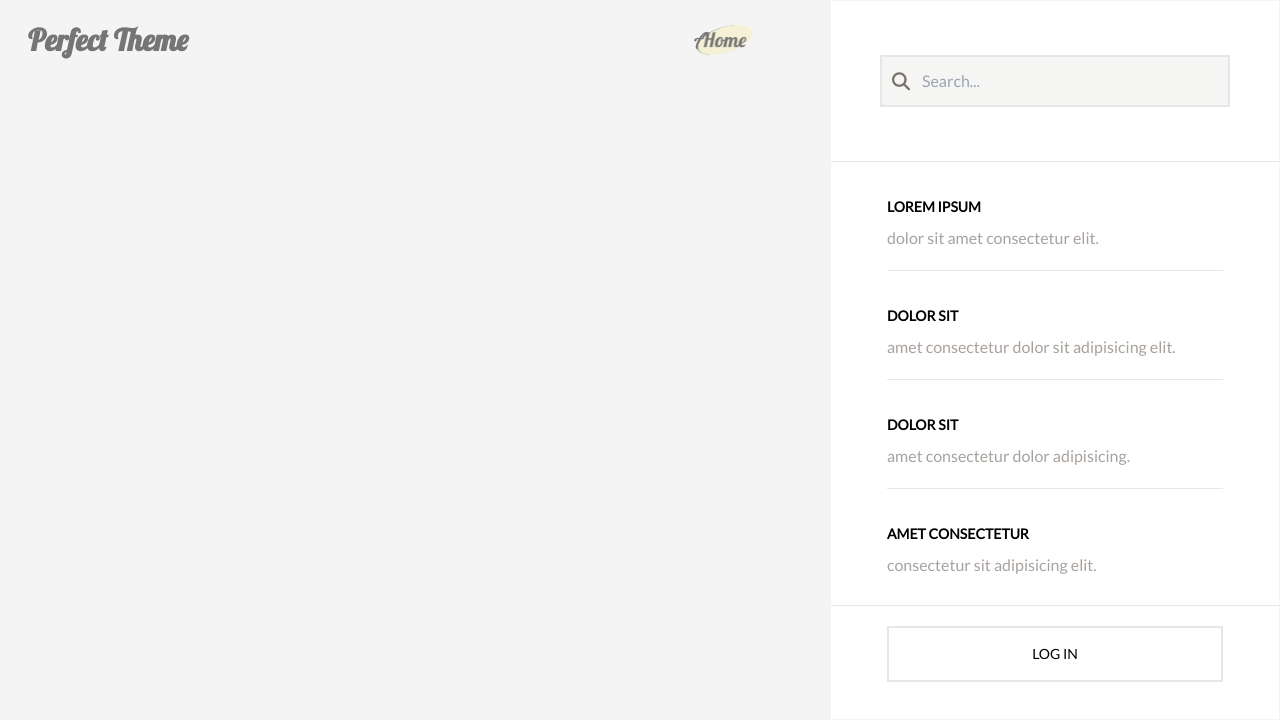
Repository: hsumyatm7308/laravel-blog
Page: blogweb/resources/views/blog/headerlayout.html
These files come from the project's save history. The page is drawn as it stood at one moment and after the next save; the edit follows.
The browser window is 1280 px wide. The pictures show the whole page.
Some web libraries are served in a nearby version.

Above is the page before, as saved 2023-09-05 17:07:41.

After the next save:
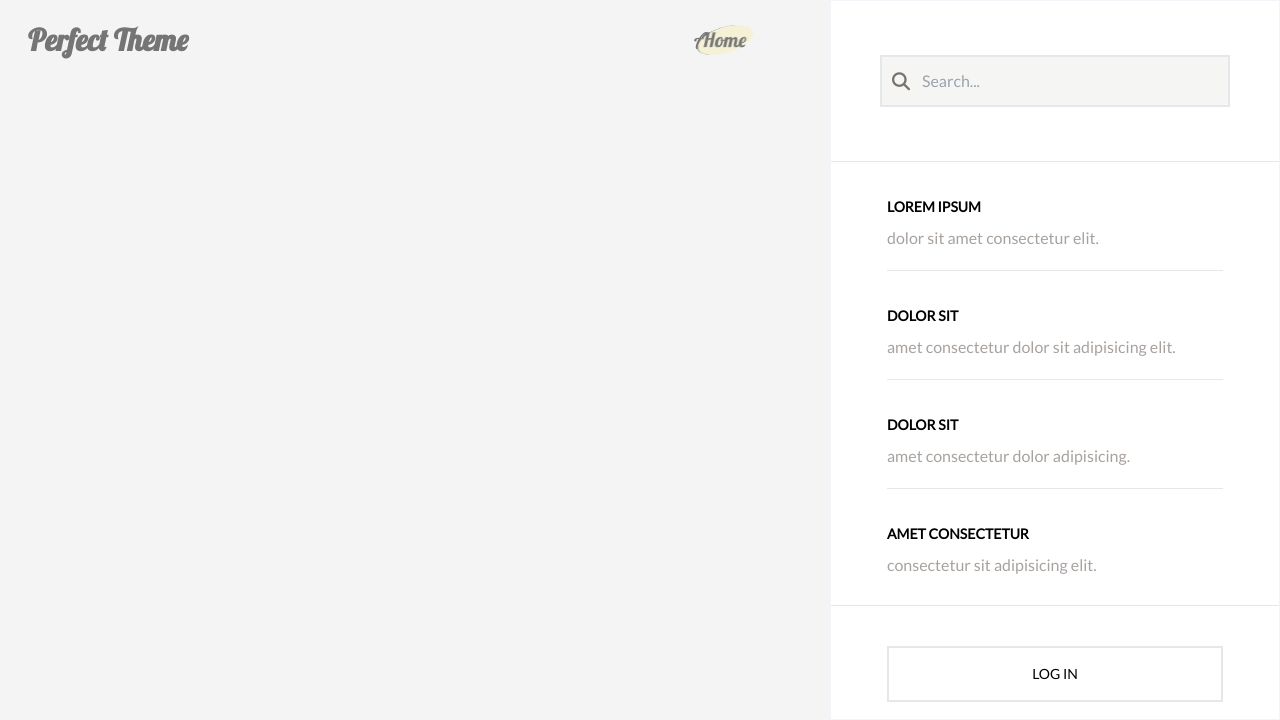
Saved 5 s later.
--- a/blogweb/resources/views/blog/headerlayout.html
+++ b/blogweb/resources/views/blog/headerlayout.html
@@ -179,7 +179,7 @@
                     </li>
 
                 </div>
-                <hr>
+                <hr class="mb-10">
 
                 <div class=" px-14">
                     <div class="px- py-4 border-2 flex justify-center items-center mt-5">
